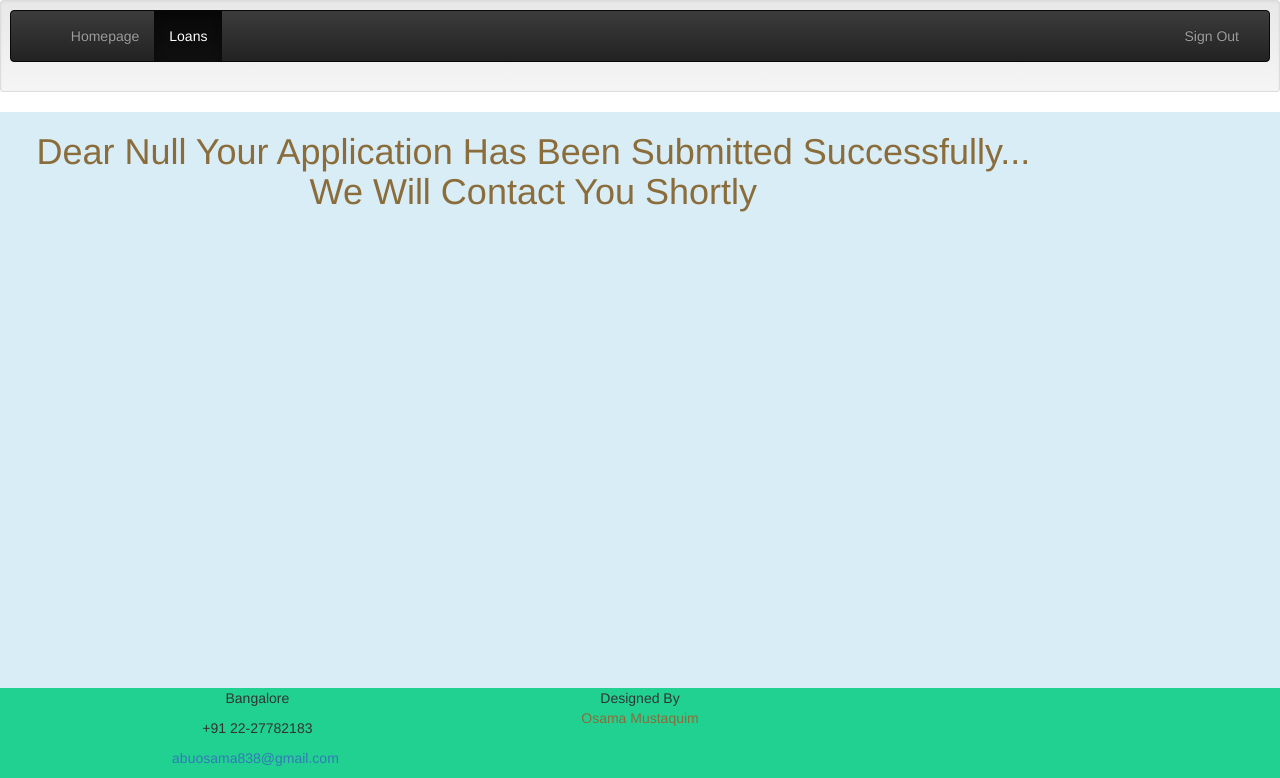
Repository: osamamustaquim/Online-Banking-Management-System
Page: http://localhost/BankApp/loansubmitsuccess.jsp
These files come from the project's save history. The page is drawn as it stood at one moment and after the next save; the edit follows.
The browser window is 1280 px wide. The pictures show the whole page.
Some web fonts or font styles are not loaded; a fallback is used. The page is served by Tomcat 9. Other server files are loaded and not shown.

Above is the page before, as saved 2020-04-10 16:02:20.

### Online Banking Application using MVC model - Copy/BankApp/WebContent/loansubmitsuccess.jsp
<%@ page language="java" contentType="text/html; charset=ISO-8859-1"
    pageEncoding="ISO-8859-1"%>
<!DOCTYPE html>
<html>
<head>
<meta charset="ISO-8859-1">
<link href="assests/css/bootstrap.min.css" rel="stylesheet">
<link href="assests/css/bootstrap-theme.min.css" rel="stylesheet">
<link href="assests/fonts/css/all.css" rel="stylesheet">
<script src="assests/js/jquery-2.2.0.min.js"  type="text/javascript"></script>
<script src="assests/js/bootstrap.min.js"  type="text/javascript"></script>
<title>Loans</title>
</head>
<body>




<div class="well well-sm">
<nav class="navbar navbar-inverse">
  <div class="container-fluid">
    <div class="navbar-header">
      <button type="button" class="navbar-toggle" data-toggle="collapse" data-target="#myNavbar">
        <span class="icon-bar"></span>
        <span class="icon-bar"></span>
        <span class="icon-bar"></span>
      </button>

    </div>
    <div class="collapse navbar-collapse" id="myNavbar">
      <ul class="nav navbar-nav">
        <li ><a href="home.jsp"><i class="fa fa-home" aria-hidden="true"></i> Homepage</a></li>
        <li class="active"><a href="">Loans</a></li>


      </ul>
      <ul class="nav navbar-nav navbar-right">

        <li><a href="logout"> <i class="fa fa-sign-out" aria-hidden="true"></i> Sign Out</a></li>
      </ul>
    </div>
  </div>
</nav></div>


     <!-- banner -->
     <section>
         <div class="container-fluid">
             <div class="row bg-info justify-content-center align-items-center" style="height: 80vh">
                <div class="col-sm-10 text-center">
                    <h1 class="display-2 text-capitalize"><span class="text-warning">Dear

                    <%
     out.println(session.getAttribute("Name"));
     %>

                  Your  Application has been submitted successfully...<br>
                  We will contact you shortly </span><span class="text-white font-weight-bold"></span></h1>
                </div>
             </div>
         </div>
     </section>
     <!-- end of banner -->

<!-- footer -->
     <footer  style="background-color: #21d192">
        <div class="container">
            <div class="row ">

                <div class="col-md-4 text-white text-center text-md-left ">
                    <div class="py-2 my-4">
                        <div>
                            <p class="text-white"> <i class="fa fa-map-marker mx-2 "></i>
                                   Bangalore
                        </div>

                        <div>
                            <p><i class="fa fa-phone  mx-2 "></i> +91 22-27782183</p>
                        </div>
                        <div>
                            <p><i class="fa fa-envelope  mx-2"></i><a href="mailto:support@eduonix.com">abuosama838@gmail.com</a></p>
                        </div>
                    </div>
                </div>

                <div class="col-md-4 text-white my-4 text-center text-md-left ">
                    <span class=" font-weight-bold ">Designed By</span>
					<p class="text-warning my-2" >Osama Mustaquim</p>
                    <div class="py-2">
                        <a href="#"><i class="fab fa-facebook fa-2x text-primary mx-3"></i></a>
                        <a href="#"><i class="fab fa-google-plus fa-2x text-danger mx-3"></i></a>
                        <a href="#"><i class="fab fa-twitter fa-2x text-info mx-3"></i></a>
                        <a href="#"><i class="fab fa-youtube fa-2x text-danger mx-3"></i></a>
                    </div>
                </div>
            </div>
        </div>
     </footer>
     <!-- end of footer -->
</body>
</html>

Loaded but not shown: Online Banking Application using MVC model - Copy/BankApp/WebContent/assests/css/bootstrap.min.css (library); Online Banking Application using MVC model - Copy/BankApp/WebContent/assests/css/bootstrap-theme.min.css (library); Online Banking Application using MVC model - Copy/BankApp/WebContent/assests/fonts/css/all.css (library); Online Banking Application using MVC model - Copy/BankApp/WebContent/assests/js/jquery-2.2.0.min.js (library); Online Banking Application using MVC model - Copy/BankApp/WebContent/assests/js/bootstrap.min.js (library)

After the next save:
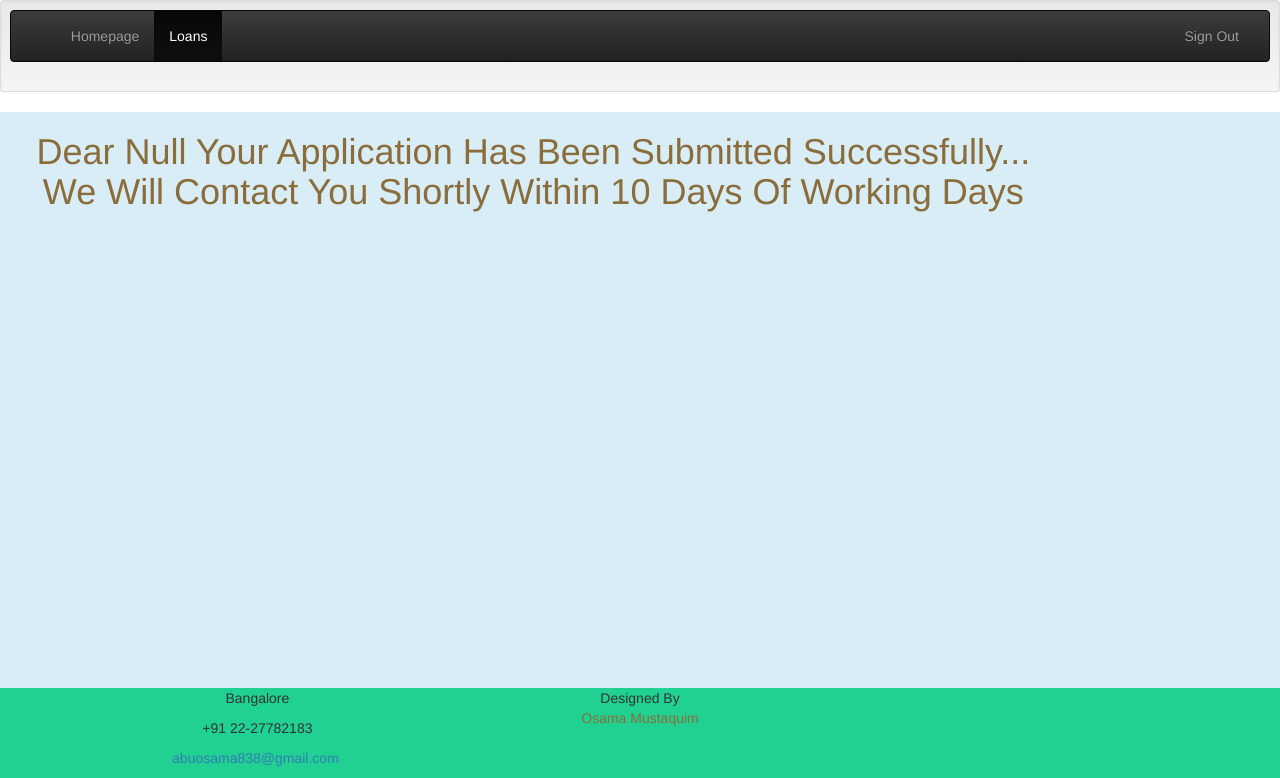
Saved 32 s later.
--- a/Online Banking Application using MVC model - Copy/BankApp/WebContent/loansubmitsuccess.jsp
+++ b/Online Banking Application using MVC model - Copy/BankApp/WebContent/loansubmitsuccess.jsp
@@ -55,7 +55,7 @@
      %>
 
                   Your  Application has been submitted successfully...<br>
-                  We will contact you shortly </span><span class="text-white font-weight-bold"></span></h1>
+                  We will contact you shortly within 10 Days of Working days</span><span class="text-white font-weight-bold"></span></h1>
                 </div>
              </div>
          </div>
